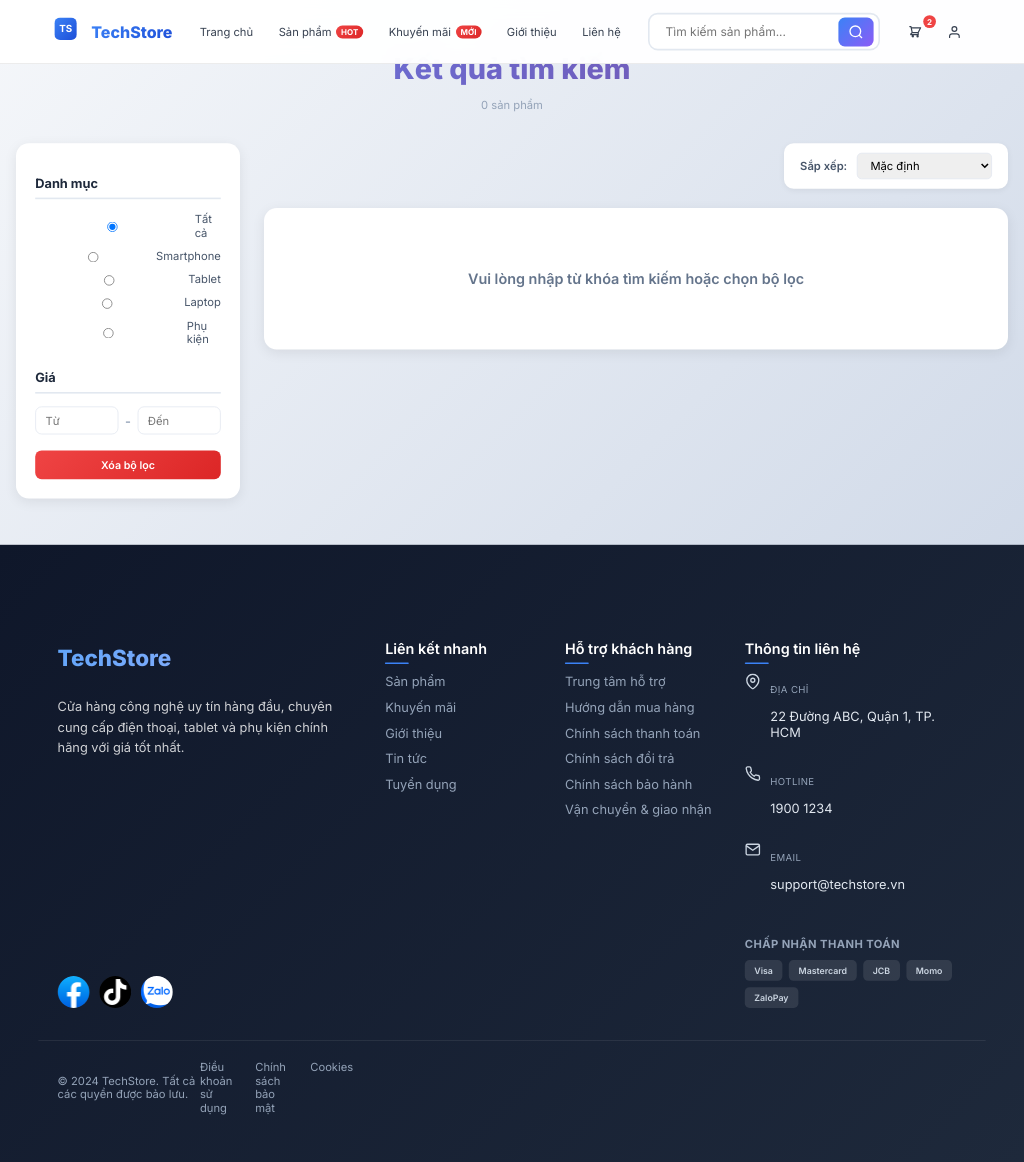
Repository: holyminhlu/DA_PTUDHDV
Page: /search
These files come from the project's save history. The page is drawn as it stood at one moment and after the next save; the edit follows.
The browser window is 1280 px wide. The pictures show the whole page, at 80% of full size.
The project was rebuilt for these pictures with package versions that can differ from the ones it lists, and the page was loaded fresh each time. Also part of the build but not shown: vue.config.js, src/components/HeroBanner.vue, src/components/ProductCard.vue, src/components/ProductGrid.vue, src/components/FeatureSection.vue, src/components/Newsletter.vue, src/views/HomeView.vue, src/views/KhuyenMai.vue and 7 more.

Above is the page before, as saved 2025-11-30 10:48:41.

### public/index.html
<!doctype html>
<html lang="en">
  <head>
    <meta charset="utf-8">
    <meta name="viewport" content="width=device-width,initial-scale=1.0">
    <title>Techstore</title>
  </head>
  <body>
    <div id="app"></div>
  </body>
</html>

### src/App.vue
<template>
  <div id="app">
    <router-view />
  </div>
</template>

<script>
export default { name: 'App' };
</script>

### src/assets/styles/home.css
/* Home page styles for Techstore (desktop-first, responsive tweaks included) */
@import url('https://fonts.googleapis.com/css2?family=Inter:wght@300;400;600;700;800&display=swap');
:root{
  --blue-900:#012a61;
  --blue-700:#0b66d1;
  --orange:#ff7a00;
  --muted:#6b7280;
  --card-bg:#ffffff;
  --page-bg:#f7f9fc;
}
*{box-sizing:border-box;font-family:Inter,system-ui,-apple-system,'Segoe UI',Roboto,'Helvetica Neue',Arial}
body{margin:0;background:var(--page-bg);color:#0f1724}
/* Header */
.header{background:linear-gradient(90deg,var(--blue-900),var(--blue-700));color:#fff;padding:18px 48px;display:flex;align-items:center;justify-content:space-between}
.header .brand{display:flex;align-items:center;gap:12px}
.header .brand .logo{display:inline-block;width:36px;height:36px;background:#fff;border-radius:6px}
.header nav{display:flex;gap:22px;align-items:center}
.header nav a{color:rgba(255,255,255,0.88);text-decoration:none;font-weight:600}
.header .actions{display:flex;gap:12px;align-items:center}

/* Hero */
.hero{display:flex;gap:40px;align-items:center;padding:56px 48px}
.hero .left{flex:1;color:#fff}
.hero .eyebrow{background:rgba(255,255,255,0.07);display:inline-block;padding:8px 12px;border-radius:20px;margin-bottom:18px}
.hero h1{font-size:44px;margin:0 0 12px}
.hero p{color:rgba(255,255,255,0.9);margin:0 0 24px}
.hero .cta{background:var(--orange);color:#fff;padding:12px 20px;border-radius:8px;font-weight:700;border:none}
.hero .image{width:420px;height:320px;background:#000;border-radius:12px;overflow:hidden;box-shadow:0 8px 30px rgba(2,6,23,0.3)}
.hero .image img{width:100%;height:100%;object-fit:cover}

/* Featured products */
.section{padding:36px 48px;background:transparent}
.section .section-header{text-align:center;margin-bottom:18px}
.section .section-header h2{margin:0;font-size:22px}
.products-grid{display:grid;grid-template-columns:repeat(3,1fr);gap:18px}
.card{background:var(--card-bg);border-radius:12px;padding:14px;box-shadow:0 6px 18px rgba(12,20,40,0.06)}
.card .media{height:160px;border-radius:8px;overflow:hidden;margin-bottom:12px}
.card .media img{width:100%;height:100%;object-fit:cover}
.card .title{font-weight:700;margin-bottom:6px}
.card .price{color:var(--blue-700);font-weight:700}
.card .old-price{text-decoration:line-through;color:var(--muted);margin-left:8px}
.card .btn{display:inline-block;margin-top:10px;padding:8px 12px;background:var(--blue-700);color:#fff;border-radius:8px;text-decoration:none}
.card .badge{position:absolute;background:var(--orange);padding:6px 8px;border-radius:8px;color:#fff;font-weight:700}
.product-card-wrap{position:relative}

/* Features */
.features{display:flex;gap:18px;padding:18px 48px;margin-top:12px}
.feature{flex:1;background:#fff;padding:20px;border-radius:12px;text-align:center;box-shadow:0 6px 18px rgba(12,20,40,0.04)}
.feature h4{margin:8px 0 0}
.feature p{color:var(--muted);margin:10px 0 0}

/* Newsletter CTA */
.newsletter{margin:36px 48px;background:linear-gradient(90deg,#0652d6,#0b66d1);color:#fff;border-radius:10px;padding:28px;display:flex;align-items:center;justify-content:space-between}
.newsletter .left h3{margin:0 0 6px}
.newsletter input[type=email]{padding:12px;border-radius:8px;border:none;width:320px;margin-right:12px}
.newsletter button{background:var(--orange);padding:10px 16px;border-radius:8px;border:none;color:#fff}

/* Footer */
.footer{background:#08203b;color:#cfe3ff;padding:36px 48px;margin-top:18px}
.footer .cols{display:flex;gap:24px}
.footer h5{margin:0 0 10px}
.footer p,a{color:rgba(255,255,255,0.8)}

/* Responsive */
@media(max-width:1000px){
  .products-grid{grid-template-columns:repeat(2,1fr)}
  .hero{flex-direction:column;align-items:flex-start}
  .hero .image{width:100%;height:300px}
}
@media(max-width:640px){
  .products-grid{grid-template-columns:1fr}
  .features{flex-direction:column}
  .header{padding:14px}
  .hero{padding:20px}
  .section{padding:18px}
}

### src/views/SearchResults.vue
<template>
  <div class="search-results">
    <HeaderComponent />

    <div class="search-container">
      <div class="search-header">
        <h1 class="search-title">Kết quả tìm kiếm</h1>
        <p v-if="searchQuery" class="search-query">
          Tìm kiếm cho: <strong>"{{ searchQuery }}"</strong>
        </p>
        <p class="search-count">{{ totalResults }} sản phẩm</p>
      </div>

      <div class="results-layout">
        <!-- Filters Sidebar -->
        <aside class="filters-sidebar">
          <div class="filter-section">
            <h3 class="filter-title">Danh mục</h3>
            <div class="filter-options">
              <label v-for="cat in categories" :key="cat.value" class="filter-option">
                <input
                  type="radio"
                  name="category"
                  :value="cat.value"
                  v-model="selectedCategory"
                  @change="applyFilters"
                />
                <span>{{ cat.label }}</span>
              </label>
            </div>
          </div>

          <div class="filter-section">
            <h3 class="filter-title">Giá</h3>
            <div class="price-inputs">
              <input
                type="number"
                v-model.number="minPrice"
                placeholder="Từ"
                class="price-input"
                @change="applyFilters"
              />
              <span class="price-separator">-</span>
              <input
                type="number"
                v-model.number="maxPrice"
                placeholder="Đến"
                class="price-input"
                @change="applyFilters"
              />
            </div>
          </div>

          <button @click="resetFilters" class="reset-btn">Xóa bộ lọc</button>
        </aside>

        <!-- Results Grid -->
        <div class="results-main">
          <div class="results-controls">
            <div class="sort-control">
              <label>Sắp xếp:</label>
              <select v-model="sortOption" @change="applyFilters" class="sort-select">
                <option value="">Mặc định</option>
                <option value="price-asc">Giá: Thấp đến Cao</option>
                <option value="price-desc">Giá: Cao đến Thấp</option>
                <option value="name">Tên A-Z</option>
                <option value="rating">Đánh giá cao nhất</option>
              </select>
            </div>
          </div>

          <div v-if="loading" class="loading-state">
            <p>Đang tải...</p>
          </div>

          <div v-else-if="error" class="empty-state">
            <p class="error-text">{{ error }}</p>
            <button @click="fetchResults" class="retry-btn">Thử lại</button>
          </div>

          <div v-else-if="!searchQuery && !selectedCategory && !minPrice && !maxPrice" class="empty-state">
            <p>Vui lòng nhập từ khóa tìm kiếm hoặc chọn bộ lọc</p>
          </div>

          <div v-else-if="products.length === 0" class="empty-state">
            <p>Không tìm thấy sản phẩm nào phù hợp với "{{ searchQuery }}"</p>
          </div>

          <ProductGrid v-else :products="products" />
        </div>
      </div>
    </div>

    <FooterComponent />
  </div>
</template>

<script>
import axios from 'axios';
import HeaderComponent from '@/components/HeaderComponent.vue';
import FooterComponent from '@/components/FooterComponent.vue';
import ProductGrid from '@/components/ProductGrid.vue';

export default {
  name: 'SearchResults',
  components: {
    HeaderComponent,
    FooterComponent,
    ProductGrid
  },
  data() {
    return {
      products: [],
      searchQuery: '',
      totalResults: 0,
      loading: false,
      error: null,
      selectedCategory: '',
      minPrice: null,
      maxPrice: null,
      sortOption: '',
      categories: [
        { value: '', label: 'Tất cả' },
        { value: 'smartphone', label: 'Smartphone' },
        { value: 'tablet', label: 'Tablet' },
        { value: 'laptop', label: 'Laptop' },
        { value: 'accessory', label: 'Phụ kiện' }
      ]
    };
  },
  methods: {
    async fetchResults() {
      // Nếu không có tham số tìm kiếm nào, không gọi API
      if (!this.searchQuery && !this.selectedCategory && !this.minPrice && !this.maxPrice) {
        this.products = [];
        this.totalResults = 0;
        return;
      }

      this.loading = true;
      try {
        const base = process.env.VUE_APP_API_URL || 'http://localhost:3000';
        const params = {
          q: this.searchQuery,
          category: this.selectedCategory,
          minPrice: this.minPrice,
          maxPrice: this.maxPrice,
          sort: this.sortOption
        };

        // Remove empty params
        Object.keys(params).forEach(key => {
          if (!params[key] && params[key] !== 0) delete params[key];
        });

        console.log('Searching with params:', params);
        const { data } = await axios.get(`${base}/api/products/search`, { params });
        console.log('Search results:', data);

        // Normalize id preference
        this.products = (data.results || []).map(p => ({
          ...p,
          id: p.id || p.phoneId || p._id
        }));
        this.totalResults = data.count || this.products.length;
        console.log('Mapped products:', this.products);
      } catch (err) {
        console.error('Failed to fetch search results', err);
        this.products = [];
        this.totalResults = 0;
      } finally {
        this.loading = false;
      }
    },
    applyFilters() {
      // Update URL query params
      this.$router.push({
        path: '/search',
        query: {
          q: this.searchQuery,
          category: this.selectedCategory || undefined,
          minPrice: this.minPrice || undefined,
          maxPrice: this.maxPrice || undefined,
          sort: this.sortOption || undefined
        }
      });
      this.fetchResults();
    },
    resetFilters() {
      this.selectedCategory = '';
      this.minPrice = null;
      this.maxPrice = null;
      this.sortOption = '';
      this.applyFilters();
    },
    initFromQuery() {
      const q = this.$route.query;
      this.searchQuery = q.q || '';
      this.selectedCategory = q.category || '';
      this.minPrice = q.minPrice ? parseInt(q.minPrice) : null;
      this.maxPrice = q.maxPrice ? parseInt(q.maxPrice) : null;
      this.sortOption = q.sort || '';
    }
  },
  watch: {
    '$route.query': {
      handler() {
        this.initFromQuery();
        this.fetchResults();
      },
      immediate: true
    }
  }
};
</script>

<style scoped>
.search-results {
  min-height: 100vh;
  display: flex;
  flex-direction: column;
  background: linear-gradient(135deg, #f5f7fa 0%, #c3cfe2 100%);
}

.search-container {
  flex: 1;
  max-width: 1400px;
  margin: 0 auto;
  padding: 40px 20px;
  width: 100%;
}

.search-header {
  text-align: center;
  margin-bottom: 40px;
}

.search-title {
  font-size: 36px;
  font-weight: 800;
  background: linear-gradient(135deg, #667eea 0%, #764ba2 100%);
  -webkit-background-clip: text;
  background-clip: text;
  -webkit-text-fill-color: transparent;
  margin-bottom: 8px;
}

.search-query {
  font-size: 18px;
  color: #64748b;
  margin-bottom: 8px;
}

.search-query strong {
  color: #1e293b;
}

.search-count {
  font-size: 14px;
  color: #94a3b8;
}

.results-layout {
  display: grid;
  grid-template-columns: 280px 1fr;
  gap: 30px;
}

/* Filters Sidebar */
.filters-sidebar {
  background: white;
  border-radius: 16px;
  padding: 24px;
  height: fit-content;
  box-shadow: 0 4px 16px rgba(0, 0, 0, 0.08);
  position: sticky;
  top: 20px;
}

.filter-section {
  margin-bottom: 30px;
}

.filter-section:last-of-type {
  margin-bottom: 20px;
}

.filter-title {
  font-size: 16px;
  font-weight: 700;
  color: #1e293b;
  margin-bottom: 16px;
  border-bottom: 2px solid #e2e8f0;
  padding-bottom: 8px;
}

.filter-options {
  display: flex;
  flex-direction: column;
  gap: 12px;
}

.filter-option {
  display: flex;
  align-items: center;
  gap: 8px;
  cursor: pointer;
  font-size: 14px;
  color: #475569;
  transition: color 0.2s ease;
}

.filter-option:hover {
  color: #3b82f6;
}

.filter-option input[type="radio"] {
  cursor: pointer;
}

.price-inputs {
  display: flex;
  align-items: center;
  gap: 8px;
}

.price-input {
  flex: 1;
  padding: 8px 12px;
  border: 1px solid #e2e8f0;
  border-radius: 8px;
  font-size: 14px;
  transition: border-color 0.2s ease;
}

.price-input:focus {
  outline: none;
  border-color: #3b82f6;
}

.price-separator {
  color: #94a3b8;
  font-weight: 600;
}

.reset-btn {
  width: 100%;
  padding: 10px;
  background: linear-gradient(135deg, #ef4444 0%, #dc2626 100%);
  color: white;
  border: none;
  border-radius: 8px;
  font-weight: 600;
  cursor: pointer;
  transition: all 0.3s ease;
}

.reset-btn:hover {
  transform: translateY(-2px);
  box-shadow: 0 4px 12px rgba(239, 68, 68, 0.4);
}

/* Results Main */
.results-main {
  min-height: 400px;
}

.results-controls {
  display: flex;
  justify-content: flex-end;
  margin-bottom: 24px;
}

.sort-control {
  display: flex;
  align-items: center;
  gap: 12px;
  background: white;
  padding: 12px 20px;
  border-radius: 12px;
  box-shadow: 0 2px 8px rgba(0, 0, 0, 0.06);
}

.sort-control label {
  font-size: 14px;
  font-weight: 600;
  color: #475569;
}

.sort-select {
  padding: 6px 12px;
  border: 1px solid #e2e8f0;
  border-radius: 6px;
  font-size: 14px;
  cursor: pointer;
  transition: border-color 0.2s ease;
}

.sort-select:focus {
  outline: none;
  border-color: #3b82f6;
}

.loading-state,
.empty-state {
  text-align: center;
  padding: 60px 20px;
  background: white;
  border-radius: 16px;
  box-shadow: 0 4px 16px rgba(0, 0, 0, 0.08);
}

.loading-state p,
.empty-state p {
  font-size: 18px;
  color: #64748b;
  font-weight: 600;
}

@media (max-width: 992px) {
  .results-layout {
    grid-template-columns: 1fr;
  }

  .filters-sidebar {
    position: static;
  }
}

@media (max-width: 768px) {
  .search-title {
    font-size: 28px;
  }

  .search-container {
    padding: 24px 16px;
  }
}
</style>

### src/components/SearchBar.vue
<template>
  <div class="search-bar">
    <div class="search-input-wrapper">
      <input
        type="text"
        v-model="searchQuery"
        @input="onInput"
        @keyup.enter="performSearch"
        placeholder="Tìm kiếm sản phẩm..."
        class="search-input"
      />
      <button @click="performSearch" class="search-btn">
        <svg xmlns="http://www.w3.org/2000/svg" width="20" height="20" viewBox="0 0 24 24" fill="none" stroke="currentColor" stroke-width="2">
          <circle cx="11" cy="11" r="8"></circle>
          <path d="m21 21-4.35-4.35"></path>
        </svg>
      </button>

      <!-- Autocomplete Dropdown -->
      <div v-if="showSuggestions && suggestions.length" class="suggestions-dropdown">
        <div
          v-for="item in suggestions"
          :key="item.id"
          @click="selectSuggestion(item)"
          class="suggestion-item"
        >
          <img :src="item.image || '/img/articles/product-1.jpg'" :alt="item.title" class="suggestion-img" />
          <div class="suggestion-info">
            <div class="suggestion-title">{{ item.title }}</div>
            <div class="suggestion-price">{{ formatPrice(item.price) }}</div>
          </div>
        </div>
      </div>
    </div>
  </div>
</template>

<script>
import axios from 'axios';

export default {
  name: 'SearchBar',
  data() {
    return {
      searchQuery: '',
      suggestions: [],
      showSuggestions: false,
      debounceTimer: null
    };
  },
  methods: {
    formatPrice(v) {
      if (!v) return '';
      return v.toString().replace(/\B(?=(\d{3})+(?!\d))/g, '.') + '₫';
    },
    onInput() {
      // Debounce autocomplete API calls
      clearTimeout(this.debounceTimer);
      if (this.searchQuery.trim().length < 2) {
        this.suggestions = [];
        this.showSuggestions = false;
        return;
      }

      this.debounceTimer = setTimeout(() => {
        this.fetchSuggestions();
      }, 300);
    },
    async fetchSuggestions() {
      try {
        console.log('Fetching suggestions for:', this.searchQuery);
        const base = process.env.VUE_APP_API_URL || 'http://localhost:3000';
        const { data } = await axios.get(`${base}/api/products/search`, {
          params: { q: this.searchQuery, limit: 5 }
        });
        console.log('Suggestions received:', data);
        this.suggestions = data.results || [];
        this.showSuggestions = this.suggestions.length > 0;
      } catch (err) {
        console.error('Failed to fetch suggestions', err);
        this.suggestions = [];
        this.showSuggestions = false;
      }
    },
    selectSuggestion(item) {
      this.showSuggestions = false;
      this.$router.push(`/product/${item.id}`);
      this.searchQuery = '';
    },
    performSearch() {
      console.log('performSearch called with query:', this.searchQuery);
      if (!this.searchQuery.trim()) return;
      this.showSuggestions = false;

      this.$router.push({
        path: '/search',
        query: { q: this.searchQuery }
      }).catch(err => {
        if (err.name !== 'NavigationDuplicated') {
          console.error('Navigation error:', err);
        }
      });
    }
  },
  mounted() {
    // Close suggestions when clicking outside
    document.addEventListener('click', (e) => {
      if (!this.$el.contains(e.target)) {
        this.showSuggestions = false;
      }
    });
  }
};
</script>

<style scoped>
.search-bar {
  position: relative;
  width: 100%;
  max-width: 600px;
}

.search-input-wrapper {
  position: relative;
  display: flex;
  align-items: center;
}

.search-input {
  width: 100%;
  padding: 12px 50px 12px 20px;
  border: 2px solid #e2e8f0;
  border-radius: 12px;
  font-size: 15px;
  transition: all 0.3s ease;
  background: white;
}

.search-input:focus {
  outline: none;
  border-color: #3b82f6;
  box-shadow: 0 0 0 3px rgba(59, 130, 246, 0.1);
}

.search-btn {
  position: absolute;
  right: 8px;
  background: linear-gradient(135deg, #3b82f6 0%, #8b5cf6 100%);
  border: none;
  padding: 8px 12px;
  border-radius: 8px;
  cursor: pointer;
  display: flex;
  align-items: center;
  justify-content: center;
  transition: all 0.3s ease;
}

.search-btn svg {
  color: white;
}

.search-btn:hover {
  transform: scale(1.05);
  box-shadow: 0 4px 12px rgba(59, 130, 246, 0.4);
}

/* Suggestions Dropdown */
.suggestions-dropdown {
  position: absolute;
  top: calc(100% + 8px);
  left: 0;
  right: 0;
  background: white;
  border: 1px solid #e2e8f0;
  border-radius: 12px;
  box-shadow: 0 8px 24px rgba(0, 0, 0, 0.12);
  max-height: 400px;
  overflow-y: auto;
  z-index: 1000;
}

.suggestion-item {
  display: flex;
  align-items: center;
  gap: 12px;
  padding: 12px 16px;
  cursor: pointer;
  transition: background 0.2s ease;
  border-bottom: 1px solid #f1f5f9;
}

.suggestion-item:last-child {
  border-bottom: none;
}

.suggestion-item:hover {
  background: #f8fafc;
}

.suggestion-img {
  width: 50px;
  height: 50px;
  object-fit: cover;
  border-radius: 8px;
  flex-shrink: 0;
}

.suggestion-info {
  flex: 1;
  overflow: hidden;
}

.suggestion-title {
  font-size: 14px;
  font-weight: 600;
  color: #1e293b;
  white-space: nowrap;
  overflow: hidden;
  text-overflow: ellipsis;
}

.suggestion-price {
  font-size: 13px;
  color: #ef4444;
  font-weight: 700;
  margin-top: 2px;
}

@media (max-width: 768px) {
  .search-input {
    padding: 10px 45px 10px 16px;
    font-size: 14px;
  }
}
</style>

Loaded but not shown: src/routes/index.js (24 lines, source omitted); src/main.js (13 lines, source omitted); src/components/HeaderComponent.vue (957 lines, source omitted); src/components/FooterComponent.vue (499 lines, source omitted); src/assets/styles/about-contact.css (747 lines, source omitted)

After the next save:
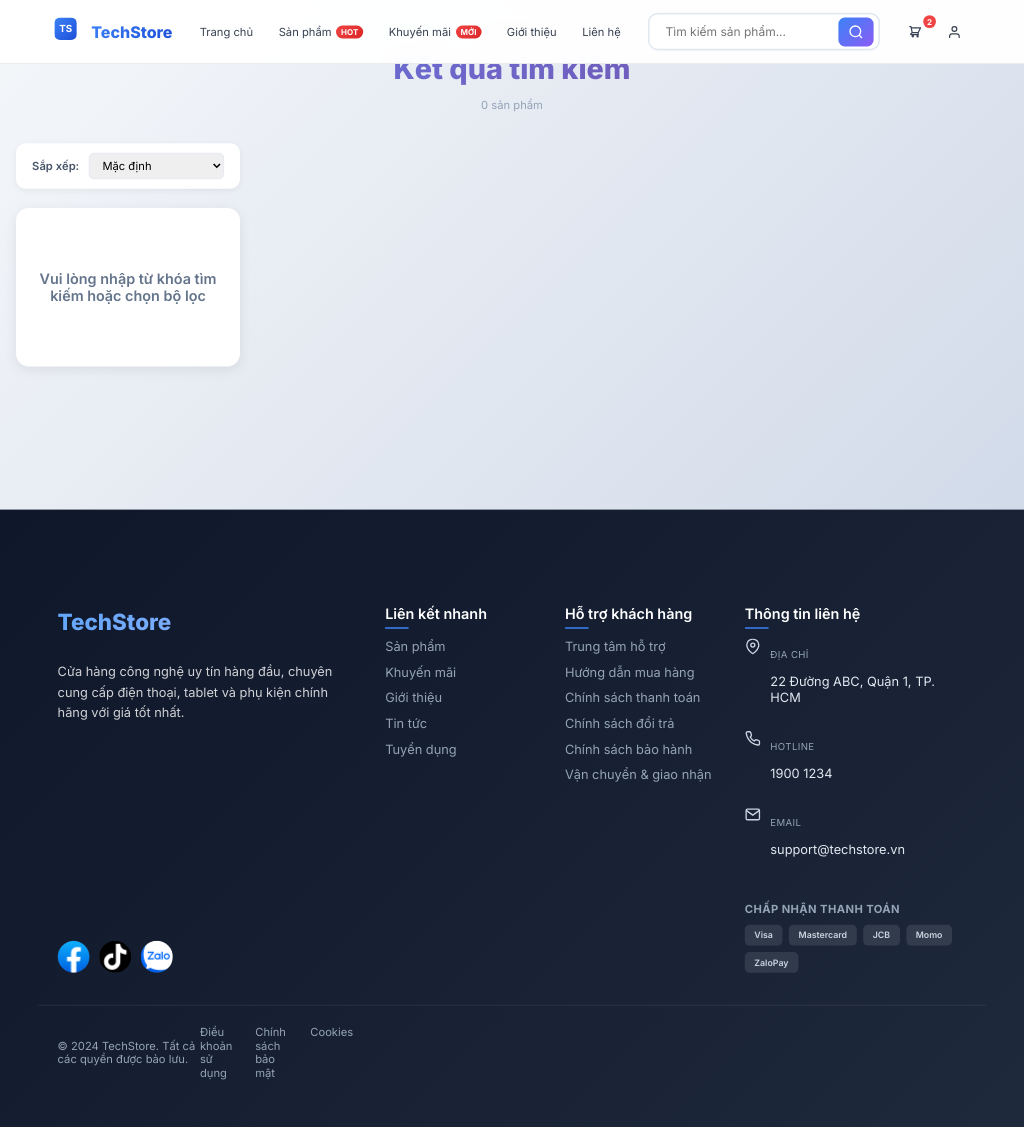
Saved 3 min 49 s later.
--- a/src/views/SearchResults.vue
+++ b/src/views/SearchResults.vue
@@ -12,48 +12,6 @@
       </div>
 
       <div class="results-layout">
-        <!-- Filters Sidebar -->
-        <aside class="filters-sidebar">
-          <div class="filter-section">
-            <h3 class="filter-title">Danh mục</h3>
-            <div class="filter-options">
-              <label v-for="cat in categories" :key="cat.value" class="filter-option">
-                <input
-                  type="radio"
-                  name="category"
-                  :value="cat.value"
-                  v-model="selectedCategory"
-                  @change="applyFilters"
-                />
-                <span>{{ cat.label }}</span>
-              </label>
-            </div>
-          </div>
-
-          <div class="filter-section">
-            <h3 class="filter-title">Giá</h3>
-            <div class="price-inputs">
-              <input
-                type="number"
-                v-model.number="minPrice"
-                placeholder="Từ"
-                class="price-input"
-                @change="applyFilters"
-              />
-              <span class="price-separator">-</span>
-              <input
-                type="number"
-                v-model.number="maxPrice"
-                placeholder="Đến"
-                class="price-input"
-                @change="applyFilters"
-              />
-            </div>
-          </div>
-
-          <button @click="resetFilters" class="reset-btn">Xóa bộ lọc</button>
-        </aside>
-
         <!-- Results Grid -->
         <div class="results-main">
           <div class="results-controls">
